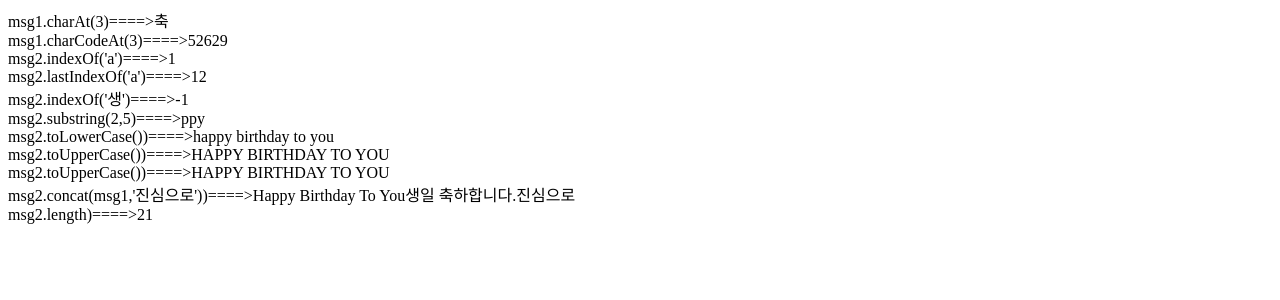
Repository: sonic247897/multicampus-web
Page: clientweb/WebContent/js_basic/js_String_test01.html
These files come from the project's save history. The page is drawn as it stood at one moment and after the next save; the edit follows.
The browser window is 1280 px wide. The pictures show the whole page.

Above is the page before, as saved 2020-01-07 07:13:39.

After the next save:
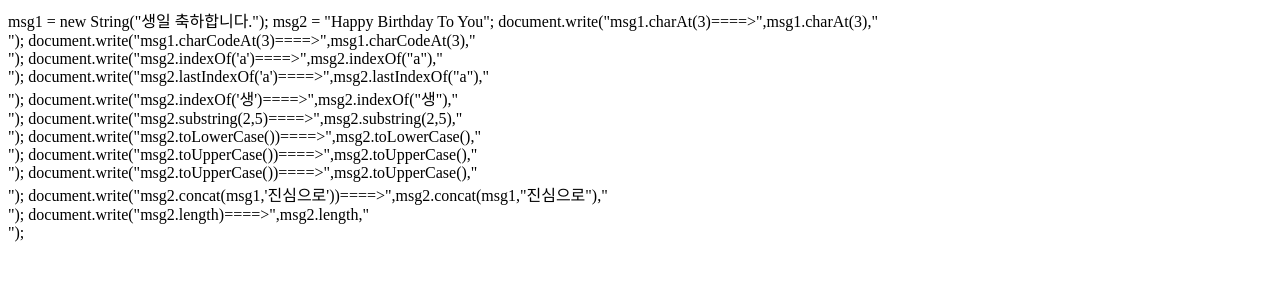
Saved 20 s later.
--- a/clientweb/WebContent/js_basic/js_String_test01.html
+++ b/clientweb/WebContent/js_basic/js_String_test01.html
@@ -3,12 +3,8 @@
 <head>
 <meta charset="EUC-KR">
 <title> New Document </title>
-<script language="javascript">
-</script>
 </head>
 <body>
-<script language="javascript">
-
 	msg1 = new String("생일 축하합니다.");
 	msg2 = "Happy Birthday To You";
 	document.write("msg1.charAt(3)====>",msg1.charAt(3),"<br>");
@@ -22,6 +18,5 @@
 	document.write("msg2.toUpperCase())====>",msg2.toUpperCase(),"<br>");
 	document.write("msg2.concat(msg1,'진심으로'))====>",msg2.concat(msg1,"진심으로"),"<br>");
 	document.write("msg2.length)====>",msg2.length,"<br>");
-</script>
 </body>
 </html>

After the save that followed:
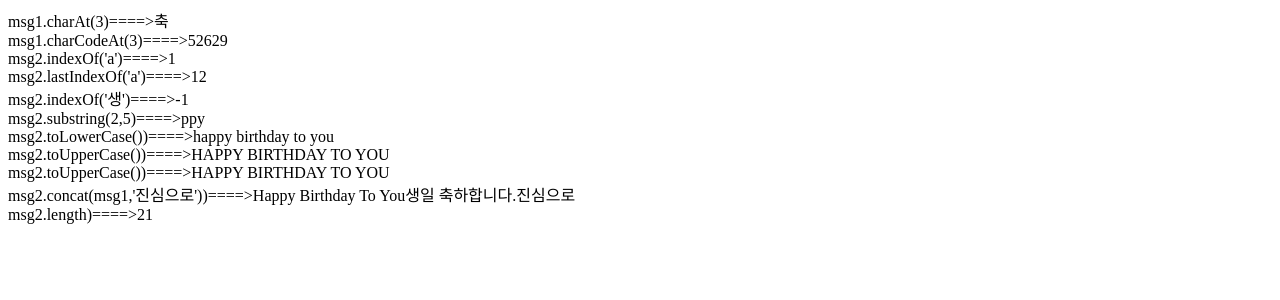
Saved 16 s later.
--- a/clientweb/WebContent/js_basic/js_String_test01.html
+++ b/clientweb/WebContent/js_basic/js_String_test01.html
@@ -5,6 +5,7 @@
 <title> New Document </title>
 </head>
 <body>
+<script>
 	msg1 = new String("생일 축하합니다.");
 	msg2 = "Happy Birthday To You";
 	document.write("msg1.charAt(3)====>",msg1.charAt(3),"<br>");
@@ -18,5 +19,6 @@
 	document.write("msg2.toUpperCase())====>",msg2.toUpperCase(),"<br>");
 	document.write("msg2.concat(msg1,'진심으로'))====>",msg2.concat(msg1,"진심으로"),"<br>");
 	document.write("msg2.length)====>",msg2.length,"<br>");
+</script>
 </body>
 </html>
